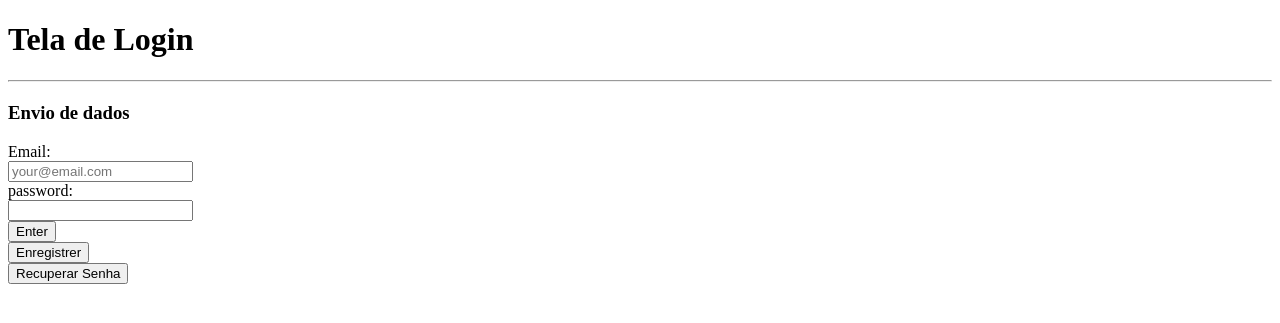
Repository: MarcioFreitasUFSC21/FrontEnd-part-1
Page: index.html
These files come from the project's save history. The page is drawn as it stood at one moment and after the next save; the edit follows.
The browser window is 1280 px wide. The pictures show the whole page.

Above is the page before, as saved 2023-04-22 19:56:53.

### index.html
<!DOCTYPE html>
<html lang="pt-br>
<head>
    <meta charset="UTF-8">
    <meta http-equiv="X-UA-Compatible" content="IE=edge">
    <meta name="viewport" content="width=device-width, initial-scale=1.0">
    <title>Controle Gastos</title>
    <link rel = "stylesheets" href = "style.css">
</head>
<body>
    <h1> Tela de Login </h1>
    <hr>
    <form>
        <div>
            <h2>
                <h3> Envio de dados</h3>
                    <div>
                        <label type = "email"> Email: </label> <br>
                        <input type = "email" placeholder="your@email.com" ></input>
                            <div>
                            <label type = "password"> password: </label>
                            <div>
                               <input type = "password"> </input>
                            </div>
                        </div>
                        <button type = "button" action = "save" onclick="alert('exemple')"> Enter</button>
                    </div>
                <div>
                    <button  type = "button  class = "solid">Enregistrer</button>
                </div>
                <div>
                    <button type = "button" class = "outline">Recuperar Senha</button>
                </div>
            </h2>
        </div>
    </form>
</body>
</html>

After the next save:
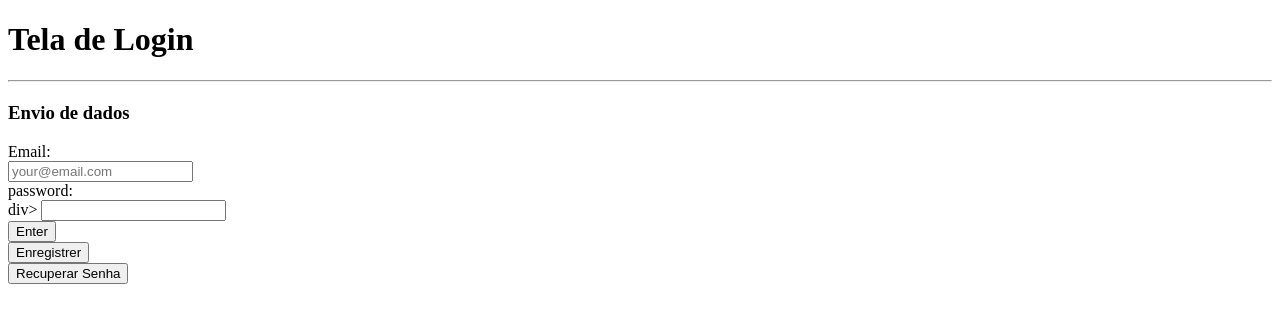
Saved 4 s later.
--- a/index.html
+++ b/index.html
@@ -19,7 +19,7 @@
                         <input type = "email" placeholder="your@email.com" ></input>
                             <div>
                             <label type = "password"> password: </label>
-                            <div>
+                            </div>div>
                                <input type = "password"> </input>
                             </div>
                         </div>

After the save that followed:
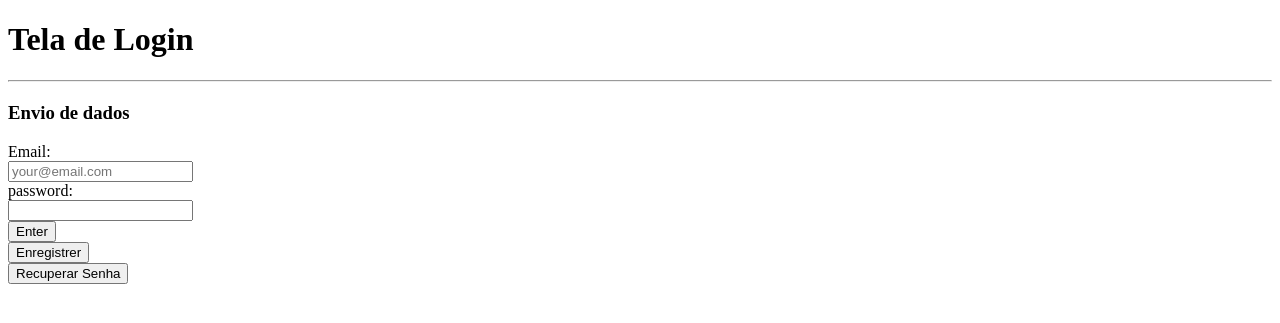
Saved 4 s later.
--- a/index.html
+++ b/index.html
@@ -19,7 +19,7 @@
                         <input type = "email" placeholder="your@email.com" ></input>
                             <div>
                             <label type = "password"> password: </label>
-                            </div>div>
+                            </div>
                                <input type = "password"> </input>
                             </div>
                         </div>
